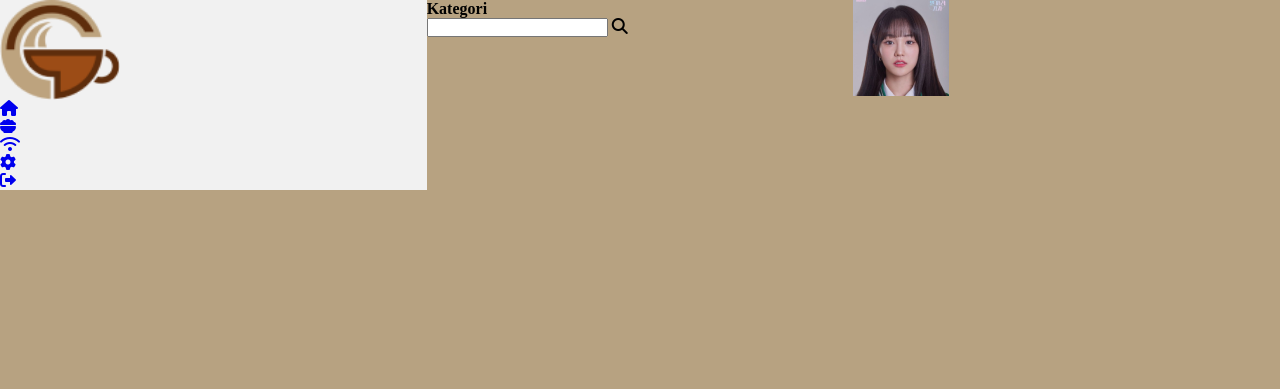
Repository: DanielChuaaa/sbd2
Page: index.html
The author's editor kept a copy of each file at every save. The page is drawn from the files as they stood at one save, then again after the next save.
The browser window is 1280 px wide. The pictures show the whole page.
Some web libraries are served in a nearby version.

Above is the page before, as saved 2023-10-20 09:58:40.

### index.html
<!DOCTYPE html>
<html lang="en">
<head>
    <meta charset="UTF-8">
    <meta name="viewport" content="width=device-width, initial-scale=1.0">
    <title>Document</title>
    <link href="https://fonts.googleapis.com/css2?family=Roboto+Mono:wght@400;600;700&display=swap" rel="stylesheet" />
    <link
      rel="stylesheet"
      href="https://cdnjs.cloudflare.com/ajax/libs/font-awesome/6.1.2/css/all.min.css"
      integrity="sha512-1sCRPdkRXhBV2PBLUdRb4tMg1w2YPf37qatUFeS7zlBy7jJI8Lf4VHwWfZZfpXtYSLy85pkm9GaYVYMfw5BC1A=="
      crossorigin="anonymous"
      referrerpolicy="no-referrer"
    />
    <link rel="stylesheet" href="style.css">
</head>
<body>
    <div class="container">
        <div class="grid-wrapper">
            <div class="icon">
                <img src="/assets/logo projek SBD 1.png" width="120px" height="100px" alt="logo">
                <a href="#"><i class="fa-solid fa-house"></i></a>
                <a href="#"><i class="fa-solid fa-bowl-food"></i></a>
                <a href="#"><i class="fa-solid fa-wifi"></i></a>
                <a href="#"><i class="fa-solid fa-gear"></i></a>
                <a href="#"><i class="fa-solid fa-right-from-bracket"></i></a>
            </div>

            <div class="content">
                <div class="nav">
                    <h4>Kategori</h4>
                    <input type="text" name="text" id="text">
                    <i class="fa-solid fa-magnifying-glass"></i>
                </div>

                <div class="menu"></div>
            </div>

            <div class="order">
                <img src="/assets/g_8___8_idola_cantik_berbakat_alumni_sm_entertainment_yang_sudah_debut_di_girlgroup_agensi_lain_p_eks_sm_trainee-20220408-001-non_fotografer_kly 1.png" alt="">
            </div>
        </div>
    </div>
</body>
</html>

### style.css
:root{
    --clr-primary-100: #B7A281;

    --clr-neutral-100: #A2A2A2;
    --clr-neutral-200: #D9D9D9;
    --clr-neutral-300: #F8F8F8;
    --clr-neutral-400: #f1f1f1;

    --ff: "Roboto Mono", monospace;

    --fw-regular: 400;
    --fw-semi-bold: 600;
    --fw-bold: 700;
}

*{
    box-sizing: border-box;
    margin: 0;
    padding: 0;
}

body{
    background-color: #B7A281;
}

.grid-wrapper{
    display: grid;
    grid-template-columns: 1fr 1fr 1fr;
}

.icon{
    background: var(--clr-neutral-400);

    display: flex;
    flex-direction: column;
}

After the next save:
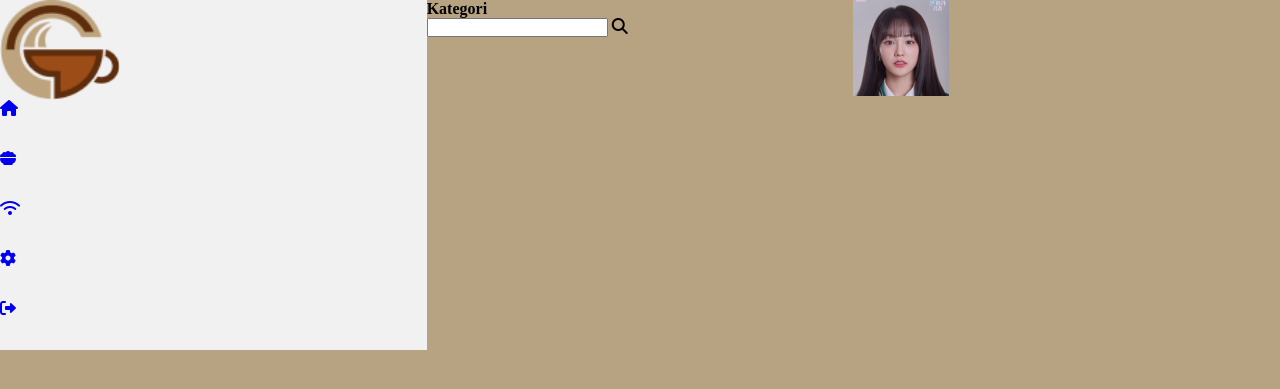
Saved 28 s later.
--- a/style.css
+++ b/style.css
@@ -34,3 +34,8 @@ body{
     display: flex;
     flex-direction: column;
 }
+
+.fa-solid{
+    width: 50px;
+    height: 50px;
+}

After the save that followed:
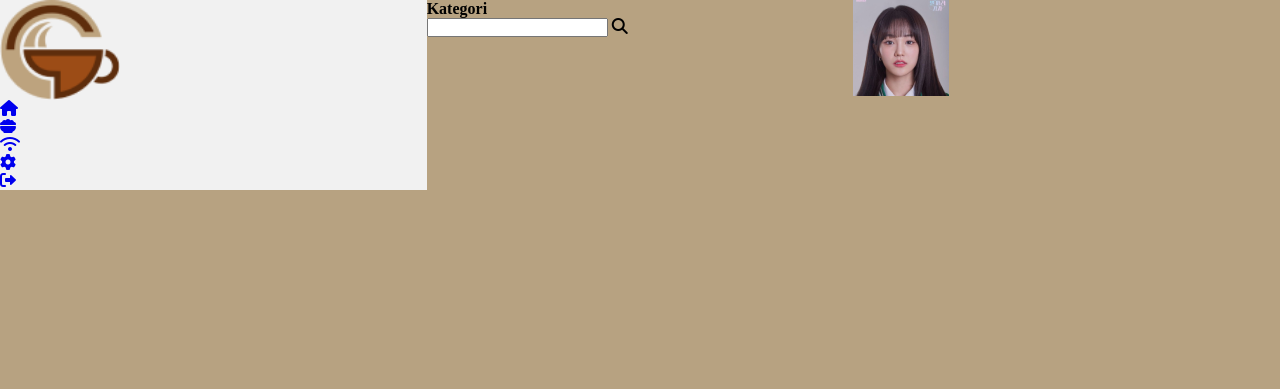
Saved 27 s later.
--- a/style.css
+++ b/style.css
@@ -35,7 +35,7 @@ body{
     flex-direction: column;
 }
 
-.fa-solid{
+/* .fa-solid{
     width: 50px;
     height: 50px;
-}
+} */
